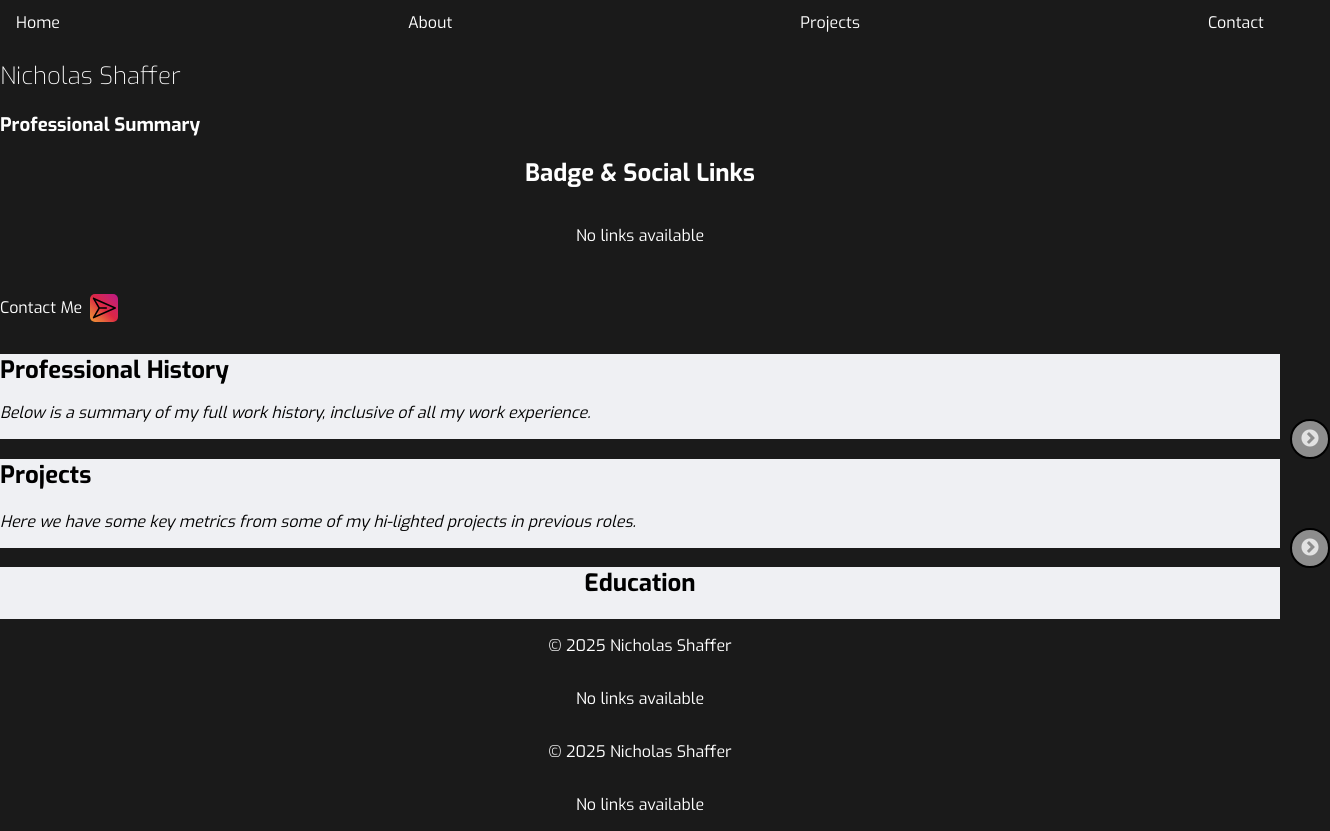
Repository: ShafferNick/nicholas_portfolio
Page: /
The author's editor kept a copy of each file at every save. The page is drawn from the files as they stood at one save, then again after the next save.
The browser window is 1280 px wide. The page is 1330 px wide, so the pictures cover 1330 px, including what lies to the right of the window. The pictures show the whole page.
The page's requests for data from a server got no answer. The project was rebuilt for these pictures with package versions that can differ from the ones it lists, and the page was loaded fresh each time. The framework's server and built-in components were replaced by stand-ins that run in the browser. No one was signed in, and anything a server would have sent is missing. Also part of the build but not shown: next.config.ts, src/app/components/Contact.tsx.

Above is the page before, as saved 2025-03-19 14:11:20.

### src/app/layout.tsx
import './globals.css';
import type { Metadata } from 'next';
import ContactWrapper from './components/ContactWrapper';
import FooterClient from './components/FooterClient';

export const metadata: Metadata = {
  title: 'Create Next App',
  description: 'Generated by create next app',
};

export default function RootLayout({
  children,
}: {
  children: React.ReactNode;
}) {
  return (
    <html lang="en">
      <body>
        <ContactWrapper>
          {children}
          <FooterClient links={[]} />
        </ContactWrapper>
      </body>
    </html>
  );
}

### src/app/page.tsx
import { client } from '@/app/sanityClient';
import Image from 'next/image';
import Hero from './components/Hero';
import Links from './components/Links';
import ProfessionalHistory from './components/ProfessionalHistory';
import Projects from './components/Projects';
import Education from './components/Education';
import ContactMe from './components/ContactMe';
import FooterClient from './components/FooterClient';
import { SanityImageSource } from '@/app/types/sanity-types';

type Job = {
  _id: string;
  title: string;
  dates: { startDate: string; endDate: string | null };
  description: string[];
  location: string;
  companyLogo?: SanityImageSource;
};

type Project = {
  _id: string;
  title: string;
  timeline: { startDate: string; endDate: string | null };
  summary: string;
  description: string[];
};

type Profile = {
  _id: string;
  summary: string;
};

type Link = {
  _id: string;
  title: string;
  url: string;
  icon: string;
};

type EducationEntry = {
  _id: string;
  institution: string;
  major: string;
  gpa: number;
  activities: string[];
  dates: { startDate: string; endDate: string | null };
};

async function getData() {
  try {
    const profile = await client.fetch<Profile[]>(`*[_type == "profile"]`);
    const jobs = await client.fetch<Job[]>(
      `*[_type == "job"] {
        _id,
        title,
        dates,
        description,
        location,
        companyLogo {
          ...,
          asset->
        }
      } | order(dates.startDate desc)`
    );
    const projects = await client.fetch<Project[]>(
      `*[_type == "project"] {
        _id,
        title,
        timeline,
        summary,
        description
      } | order(timeline.startDate desc)`
    );
    const links = await client.fetch<Link[]>(`*[_type == "link"]`);
    const education = await client.fetch<EducationEntry[]>(
      `*[_type == "education"] {
        _id,
        institution,
        major,
        gpa,
        activities,
        dates
      } | order(dates.startDate desc)`
    );
    console.log('Fetched links in getData:', links);
    console.log('Fetched education in getData:', education);
    return { profile: profile[0], jobs, projects, links, education };
  } catch (error) {
    console.error('Error fetching data from Sanity:', error);
    return { profile: { _id: '', summary: '' }, jobs: [], projects: [], links: [], education: [] };
  }
}

export default async function Home() {
  const data = await getData();
  const { profile, jobs, projects, links, education } = data;

  console.log('Links in Home (before rendering):', links);
  console.log('Education in Home (before rendering):', education);

  const safeLinks = Array.isArray(links) ? links : [];

  return (
    <>
      {/* Hero Section */}
      <Hero summary={profile.summary} />

      {/* Badge & Social Links Section */}
      <Links links={safeLinks} />

      {/* Contact Me Section */}
      <ContactMe />

      {/* Professional History Section */}
      <ProfessionalHistory jobs={jobs} />

      {/* Projects Section */}
      <Projects projects={projects} />

      {/* Education Section */}
      <Education education={education} />

      {/* Footer Section */}
      <FooterClient links={safeLinks} />
    </>
  );
}

### src/app/components/ContactWrapper.tsx
'use client';
import React, { useState } from 'react';
import NavbarClient from './NavbarClient';
import ContactMe from './ContactMe';
import Contact from './Contact';

type ContactWrapperProps = {
  children: React.ReactNode;
};

export default function ContactWrapper({ children }: ContactWrapperProps) {
  const [isFormOpen, setIsFormOpen] = useState(false);

  const openForm = () => {
    console.log('Opening form'); // Debug log
    setIsFormOpen(true);
  };

  const closeForm = () => {
    console.log('Closing form'); // Debug log
    setIsFormOpen(false);
  };

  return (
    <>
      <NavbarClient onContactClick={openForm} />
      <ContactMe onContactClick={openForm} />
      {children}
      {isFormOpen && (
        <div className="fixed inset-0 z-50 flex items-center justify-center bg-black bg-opacity-70">
          <div className="relative bg-white p-6 rounded-lg shadow-lg w-full max-w-md mx-4">
            <Contact onClose={closeForm} />
          </div>
        </div>
      )}
    </>
  );
}

### src/app/components/FooterClient.tsx
'use client';
import Links from './Links';

type Link = {
  _id: string;
  title: string;
  url: string;
  icon: string;
};

type FooterClientProps = {
  links?: Link[];
};

export default function FooterClient({ links = [] }: FooterClientProps) {
  console.log('Links in FooterClient:', links); // Debug log
  return (
    <footer className="bg-gray-800 text-white py-6 text-center w-full">
      <div className="flex flex-col items-center gap-4">
        <p>© 2025 Nicholas Shaffer</p>
        <Links links={links} isFooter={true} />
      </div>
    </footer>
  );
}

### src/app/sanityClient.ts
import { createClient } from '@sanity/client';

console.log('Project ID:', process.env.NEXT_PUBLIC_SANITY_PROJECT_ID);
console.log('Dataset:', process.env.NEXT_PUBLIC_SANITY_DATASET);

if (!process.env.NEXT_PUBLIC_SANITY_PROJECT_ID) {
  throw new Error('NEXT_PUBLIC_SANITY_PROJECT_ID is not set. Check .env.local or Vercel env variables.');
}

export const client = createClient({
  projectId: process.env.NEXT_PUBLIC_SANITY_PROJECT_ID,
  dataset: process.env.NEXT_PUBLIC_SANITY_DATASET || 'production',
  apiVersion: '2023-05-03', // Fixed to a valid version
  useCdn: true,
});

### src/app/components/Hero.tsx
import React from 'react';

type HeroProps = {
  summary: string;
};

export default function Hero({ summary }: HeroProps) {
    return (
        <section className="hero-custom-black py-20 md:py-28 text-left animate-slide-in">
            <div className="max-w-4xl mx-auto px-8 md:px-12">
                <h1 className="text-5xl md:text-6xl font-extralight mb-6" style={{ fontWeight: 200 }}>
                    Nicholas Shaffer
                </h1>
                <div className="max-w-2xl mb-8">
                    <h3 className="text-lg md:text-xl font-bold mb-4" style={{ fontWeight: 700 }}>
                        Professional Summary
                    </h3>
                    <p className="text-base md:text-lg leading-relaxed font-extralight" style={{ fontWeight: 200 }}>
                        {summary}
                    </p>
                </div>
            </div>
        </section>
    );
}

### src/app/components/ProfessionalHistory.tsx
'use client';
import React from 'react';
import Slider from 'react-slick';
import Image from 'next/image';
import { urlFor } from '@/app/sanityImageUrl'; // Updated to match subdirectory
import { SanityImageSource } from '@/app/types/sanity-types';

type Job = {
  _id: string;
  title: string;
  dates: { startDate: string; endDate: string | null };
  description: string[];
  location: string;
  companyLogo?: SanityImageSource;
};

type ProfessionalHistoryProps = {
  jobs: Job[];
};

export default function ProfessionalHistory({ jobs }: ProfessionalHistoryProps) {
  const settings = {
    dots: true,
    infinite: true,
    speed: 500,
    slidesToShow: 1,
    slidesToScroll: 1,
    arrows: true,
    responsive: [
      {
        breakpoint: 768,
        settings: {
          slidesToShow: 1,
          slidesToScroll: 1,
          arrows: false,
        },
      },
    ],
  };



  return (
    <section className="professional-history-section py-16 bg-[#EFF0F3] animate-slide-in w-full professional-history-spacing">
      <div className="max-w-4xl mx-auto">
        <h2 className="text-5xl md:text-6xl font-bold text-left pt-8 md:pt-12">Professional History</h2>
        <p className="text-sm italic">Below is a summary of my full work history, inclusive of all my work experience.</p>
        <Slider {...settings}>
          {jobs.map((job) => (
            <div key={job._id} className="px-2">
              <div className="bg-white shadow-lg rounded-lg p-6 flex flex-col min-h-[500px] transition-transform duration-300 hover:shadow-xl">
                <div className="flex-1">
                  <h3 className="text-xl md:text-2xl font-bold mb-2">{job.title}</h3>
                  <p className="mb-2 text-sm italic">
                    {job.dates.startDate} - {job.dates.endDate || 'Present'} | {job.location}
                  </p>
                  <ul className="list-disc list-inside text-sm space-y-2 mb-4">
                    {job.description.map((bullet, index) => (
                      <li key={index}>{bullet}</li>
                    ))}
                  </ul>
                  <div className="flex justify-center mt-auto">
                    {job.companyLogo ? (
                      <Image
                        src={urlFor(job.companyLogo).fit('max').width(200).url()}
                        alt={`${job.title} company logo`}
                        width={200}
                        height={200}
                        unoptimized={true}
                        className="object-contain"
                        style={{ maxHeight: '120px' }}
                      />
                    ) : (
                      <div className="h-32 w-32 bg-gray-300 rounded-lg"></div>
                    )}
                  </div>
                </div>
              </div>
            </div>
          ))}
        </Slider>
      </div>
    </section>
  );
}

### src/app/components/Projects.tsx
'use client';
import React from 'react';
import Slider from 'react-slick';
import Image from 'next/image';
import { urlFor } from '@/app/sanityImageUrl';
import { SanityImageSource } from '@/app/types/sanity-types';

type Project = {
  _id: string;
  title: string;
  timeline: { startDate: string; endDate: string | null };
  summary: string;
  description: string[];
};

type ProjectsProps = {
  projects: Project[];
};

export default function Projects({ projects }: ProjectsProps) {
  const settings = {
    dots: true,
    infinite: true,
    speed: 500,
    slidesToShow: 1,
    slidesToScroll: 1,
    arrows: true,
    responsive: [
      {
        breakpoint: 768,
        settings: {
          slidesToShow: 1,
          slidesToScroll: 1,
          arrows: false,
        },
      },
    ],
  };

  return (
    <section className="projects-section py-16 bg-[#EFF0F3] text-black animate-slide-in w-full">
      <div className="max-w-4xl mx-auto">
              <h2 className="text-5xl md:text-6xl font-bold text-left pt-8 md:pt-12">Projects</h2>
              <p className="text-sm italic">Here we have some key metrics from some of my hi-lighted projects in previous roles.</p>
        <Slider {...settings}>
          {projects.map((project) => (
            <div key={project._id} className="px-2">
              <div className="bg-gray-200 shadow-lg rounded-lg p-6 flex flex-col min-h-[400px] transition-transform duration-300 hover:shadow-xl">
                <div className="flex-1">
                  <h3 className="text-xl md:text-2xl font-medium mb-2">{project.title}</h3>
                  <p className="mb-2 text-sm italic">
                    {project.timeline.startDate} - {project.timeline.endDate || 'Present'}
                  </p>
                  <p className="text-gray-600 mb-4">{project.summary}</p>
                  <ul className="list-disc list-inside text-sm space-y-2 mb-6">
                    {project.description.map((desc, index) => (
                      <li key={index} className="leading-relaxed">
                        {desc}
                      </li>
                    ))}
                  </ul>
                </div>
                <div className="flex justify-center mt-auto">
                  {/* Placeholder for project image - you can add an image field to the schema if desired */}
                  <div className="w-32 h-32 bg-gray-300 rounded-lg"></div>
                </div>
              </div>
            </div>
          ))}
        </Slider>
      </div>
    </section>
  );
}

### src/app/components/Education.tsx
'use client';
import React from 'react';

type EducationEntry = {
  _id: string;
  institution: string;
  major: string;
  gpa: number;
  activities: string[];
  dates: { startDate: string; endDate: string | null };
};

type EducationProps = {
  education: EducationEntry[];
};

export default function Education({ education }: EducationProps) {
  return (
    <section className="education-section py-16 bg-[#EFF0F3] text-black animate-slide-in w-full">
      <div className="max-w-4xl mx-auto">
        <h2 className="text-3xl md:text-4xl font-bold mb-12 text-center">Education</h2>
        <div className="bg-white shadow-lg rounded-lg p-6">
          <div className="grid grid-cols-1 md:grid-cols-2 gap-8">
            {education.map((entry) => (
              <div key={entry._id} className="flex flex-col">
                <h3 className="text-xl md:text-2xl font-bold mb-2">{entry.institution}</h3>
                <p className="mb-2 text-sm italic">
                  {entry.major} | {entry.dates.startDate} - {entry.dates.endDate || 'Present'}
                </p>
                <p className="text-sm mb-2">GPA: {entry.gpa}</p>
                <ul className="list-disc list-inside text-sm space-y-2">
                  {entry.activities.map((activity, index) => (
                    <li key={index} className="leading-relaxed">
                      {activity}
                    </li>
                  ))}
                </ul>
              </div>
            ))}
          </div>
        </div>
      </div>
    </section>
  );
}

### src/app/components/ContactMe.tsx
'use client';
import React from 'react';
import Image from 'next/image';

type ContactMeProps = {
  onContactClick: () => void;
};

export default function ContactMe({ onContactClick }: ContactMeProps) {
  return (
    <section className="contact-section">
      <div className="max-w-4xl mx-auto">
        <div className="contact-me cursor-pointer" onClick={onContactClick}>
          <span>Contact Me</span>
          <Image
            src="/paper-plane-svgrepo-com.svg"
            alt="Contact Icon"
            width={24}
            height={24}
            className="contact-icon"
          />
        </div>
      </div>
    </section>
  );
}

### src/app/components/NavbarClient.tsx
'use client';
import React, { useState } from 'react';
import Link from 'next/link';
import { usePathname } from 'next/navigation';

type NavbarClientProps = {
  onContactClick: () => void;
};

export default function NavbarClient({ onContactClick }: NavbarClientProps) {
  const [isMobileMenuOpen, setIsMobileMenuOpen] = useState(false);
  const pathname = usePathname();

  const navLinks = [
    { name: 'Home', href: '/' },
    { name: 'About', href: '/about' },
    { name: 'Projects', href: '/projects' },
    { name: 'Contact', href: '/Contact'}
  ];

  const toggleMobileMenu = () => {
    setIsMobileMenuOpen(!isMobileMenuOpen);
  };

  return (
    <nav className="bg-[#1A1A1A] text-white p-4 fixed w-full top-0 z-50">
      <div className="max-w-4xl mx-auto flex justify-between items-center">

        {/* Desktop Menu */}
        <div className="desktop-menu hidden md:flex space-x-4">
          {navLinks.map((link) => (
            <Link
              key={link.name}
              href={link.href}
              className={`nav-link ${pathname === link.href ? 'active-link' : ''}`}
            >
              {link.name}
            </Link>
          ))}
        </div>

        {/* Mobile Menu Toggle */}
        <div className="mobile-menu-toggle md:hidden">
          <button onClick={toggleMobileMenu} aria-label="Toggle mobile menu">
            <span className="block w-6 h-0.5 bg-white mb-1.5"></span>
            <span className="block w-6 h-0.5 bg-white mb-1.5"></span>
            <span className="block w-6 h-0.5 bg-white"></span>
          </button>
        </div>

        {/* Mobile Menu */}
        <div
          className={`mobile-menu md:hidden fixed top-0 right-0 w-3/4 h-full bg-gray-900 p-4 transform transition-transform duration-300 ${
            isMobileMenuOpen ? 'translate-x-0' : 'translate-x-full'
          }`}
        >
          <button
            onClick={toggleMobileMenu}
            className="close-button text-white text-2xl"
            aria-label="Close mobile menu"
          >
            ×
          </button>
          <div className="flex flex-col space-y-4 mt-12">
            {navLinks.map((link) => (
              <Link
                key={link.name}
                href={link.href}
                className={`text-white text-lg ${pathname === link.href ? 'active-link' : ''}`}
                onClick={() => toggleMobileMenu()}
              >
                {link.name}
              </Link>
            ))}
          </div>
        </div>
      </div>
    </nav>
  );
}

### src/app/sanityImageUrl.ts
import imageUrlBuilder from '@sanity/image-url';
import { client } from '@/app/sanityClient';
import { SanityImageSource } from '@/app/types/sanity-types'; // Should resolve to src/types/sanity-types.ts

const builder = imageUrlBuilder(client);

export function urlFor(source: SanityImageSource) {
  return builder.image(source);
}

Loaded but not shown: src/app/globals.css (529 lines, source omitted); src/app/components/Links.tsx (128 lines, source omitted)

After the next save:
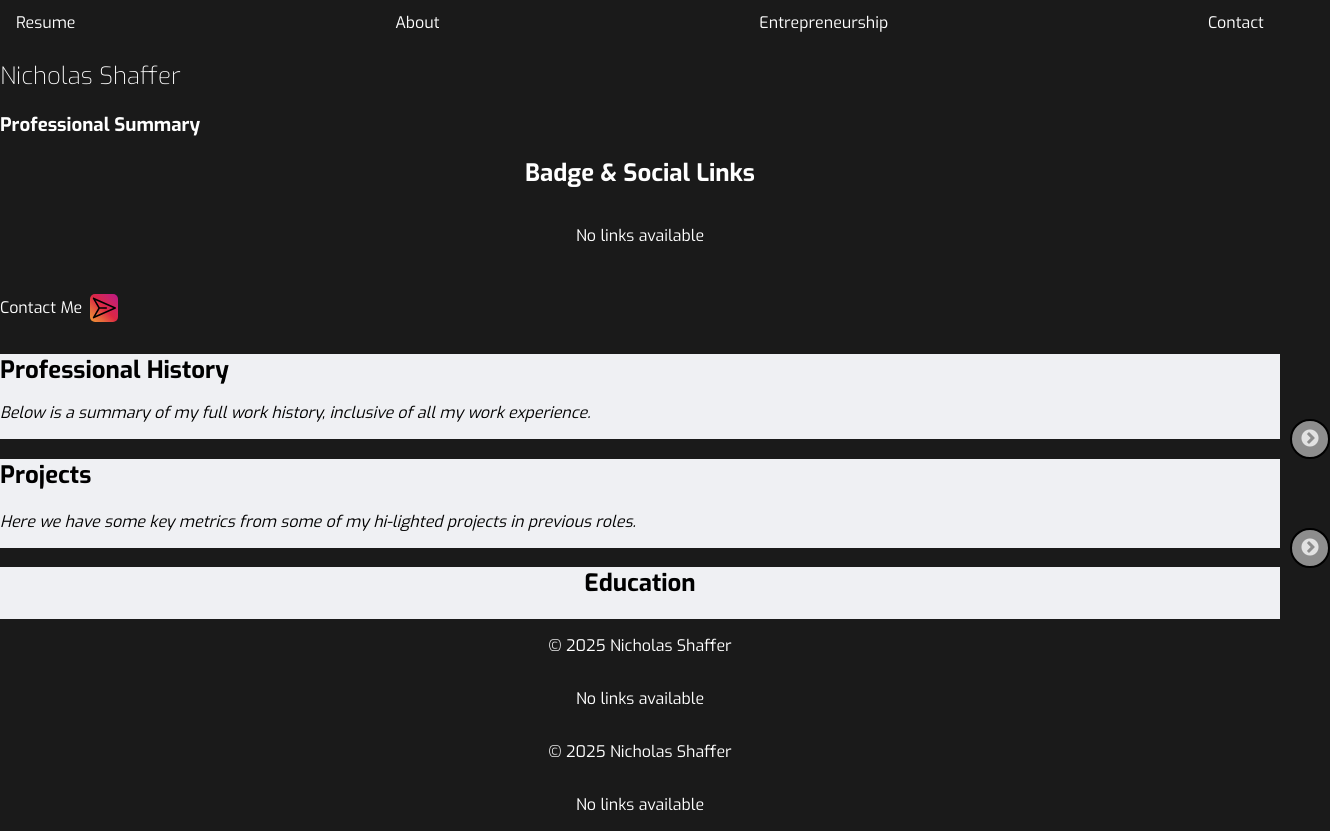
Saved 3 min 27 s later.
--- a/src/app/components/NavbarClient.tsx
+++ b/src/app/components/NavbarClient.tsx
@@ -12,10 +12,10 @@ export default function NavbarClient({ onContactClick }: NavbarClientProps) {
   const pathname = usePathname();
 
   const navLinks = [
-    { name: 'Home', href: '/' },
+    { name: 'Resume', href: '/' },
     { name: 'About', href: '/about' },
-    { name: 'Projects', href: '/projects' },
-    { name: 'Contact', href: '/Contact'}
+    { name: 'Entrepreneurship', href: '/entrepreneurship' },
+    { name: 'Contact', href: '#', onClick: onContactClick },
   ];
 
   const toggleMobileMenu = () => {
@@ -25,14 +25,19 @@ export default function NavbarClient({ onContactClick }: NavbarClientProps) {
   return (
     <nav className="bg-[#1A1A1A] text-white p-4 fixed w-full top-0 z-50">
       <div className="max-w-4xl mx-auto flex justify-between items-center">
-
-        {/* Desktop Menu */}
+        {/* Removed the name from the navbar */}
         <div className="desktop-menu hidden md:flex space-x-4">
           {navLinks.map((link) => (
             <Link
               key={link.name}
               href={link.href}
               className={`nav-link ${pathname === link.href ? 'active-link' : ''}`}
+              onClick={(e) => {
+                if (link.onClick) {
+                  e.preventDefault();
+                  link.onClick();
+                }
+              }}
             >
               {link.name}
             </Link>
@@ -67,7 +72,15 @@ export default function NavbarClient({ onContactClick }: NavbarClientProps) {
                 key={link.name}
                 href={link.href}
                 className={`text-white text-lg ${pathname === link.href ? 'active-link' : ''}`}
-                onClick={() => toggleMobileMenu()}
+                onClick={(e) => {
+                  if (link.onClick) {
+                    e.preventDefault();
+                    link.onClick();
+                    toggleMobileMenu();
+                  } else {
+                    toggleMobileMenu();
+                  }
+                }}
               >
                 {link.name}
               </Link>
